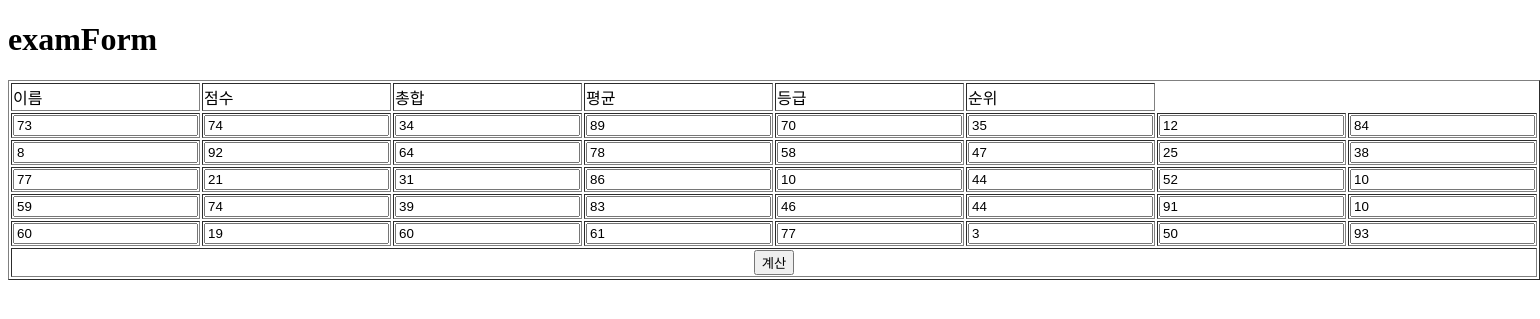
Repository: Jhoon0211/java_work
Page: http://localhost/jspProj/exam/examForm.jsp
An editor plug-in stored every save of this project. The page is shown before and after the next save, followed by the edit.
The browser window is 1280 px wide. The page is 1540 px wide, then 1280 px, so the pictures cover 1540 px, including what lies to the right of the window. The pictures show the whole page.
The page is served by Tomcat 9. Other server files are loaded and not shown.

Above is the page before, as saved 2023-07-31 07:00:15.

### jspProj/src/main/webapp/exam/examForm.jsp
<%@ page language="java" contentType="text/html; charset=UTF-8"
    pageEncoding="UTF-8"%>
<!DOCTYPE html>
<html>
<head>
<meta charset="UTF-8">
<title>Insert title here</title>
</head>
<body>
<h1>examForm</h1>
	<form action="examReg.jsp">
		<table border="">
			<tr>
				<td>이름</td>
				<td>점수</td>
				<td>총합</td>
				<td>평균</td>
				<td>등급</td>
				<td>순위</td>
			</tr>
			<% for(int i = 0; i<5; i++){ %>
			<tr>
				<td><input type="text" name="name" value="<%=(int)(Math.random()*100)%>"/></td>
				<td><input type="text" name="kor" value="<%=(int)(Math.random()*100)%>"/></td>
				<td><input type="text" name="eng" value="<%=(int)(Math.random()*100) %>"/></td>
				<td><input type="text" name="math" value="<%=(int)(Math.random()*100) %>"/></td>
				<td><input type="text" name="tot" value="<%=(int)(Math.random()*100) %>"/></td>
				<td><input type="text" name="avg" value="<%=(int)(Math.random()*100) %>"/></td>
				<td><input type="text" name="grade" value="<%=(int)(Math.random()*100) %>"/></td>
				<td><input type="text" name="rank" value="<%=(int)(Math.random()*100) %>"/></td>
			</tr>
			<% } %>
			<tr>
				<td colspan="8" align="center">
					<input type="submit" value="계산" />
				</td>
			</tr>
		</table>
	</form>
</body>
</html>

After the next save:
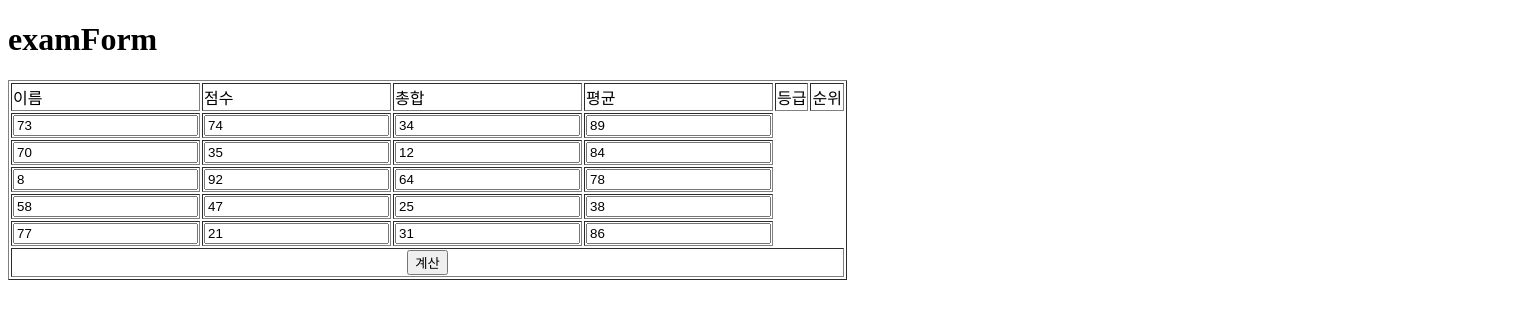
Saved 3 min 15 s later.
--- a/jspProj/src/main/webapp/exam/examForm.jsp
+++ b/jspProj/src/main/webapp/exam/examForm.jsp
@@ -24,10 +24,6 @@
 				<td><input type="text" name="kor" value="<%=(int)(Math.random()*100)%>"/></td>
 				<td><input type="text" name="eng" value="<%=(int)(Math.random()*100) %>"/></td>
 				<td><input type="text" name="math" value="<%=(int)(Math.random()*100) %>"/></td>
-				<td><input type="text" name="tot" value="<%=(int)(Math.random()*100) %>"/></td>
-				<td><input type="text" name="avg" value="<%=(int)(Math.random()*100) %>"/></td>
-				<td><input type="text" name="grade" value="<%=(int)(Math.random()*100) %>"/></td>
-				<td><input type="text" name="rank" value="<%=(int)(Math.random()*100) %>"/></td>
 			</tr>
 			<% } %>
 			<tr>
